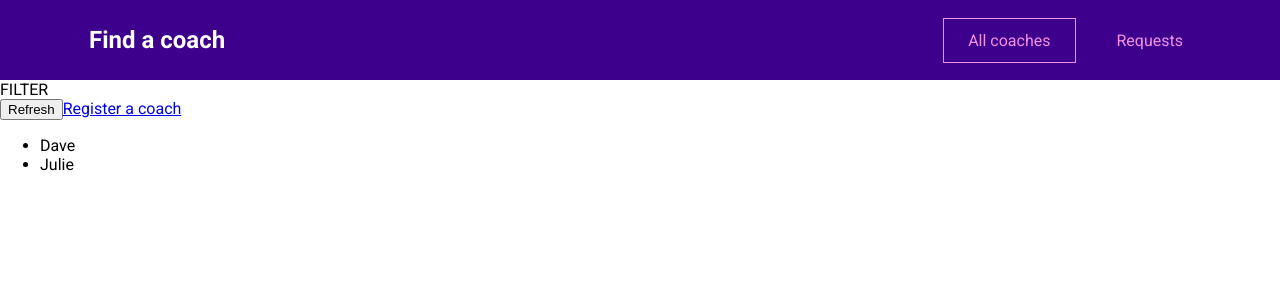
Repository: DaveBaulch/vue-course-find-a-coach
Page: /
An editor plug-in stored every save of this project. The page is shown before and after a run of saves, followed by the edit.
The browser window is 1280 px wide. The pictures show the whole page.
The project was rebuilt for these pictures with package versions that can differ from the ones it lists, and the page was loaded fresh each time. Also part of the build but not shown: src/pages/coaches/CoachDetail.vue, src/pages/coaches/CoachRegistration.vue, src/pages/requests/ContactCoach.vue, src/pages/requests/RequestsReceived.vue. Imported but missing from the stored project, and not drawn on this page: src/pages/NotFound.vue.

Above is the page before, as saved 2021-01-23 14:38:40.

After the next 3 saves:
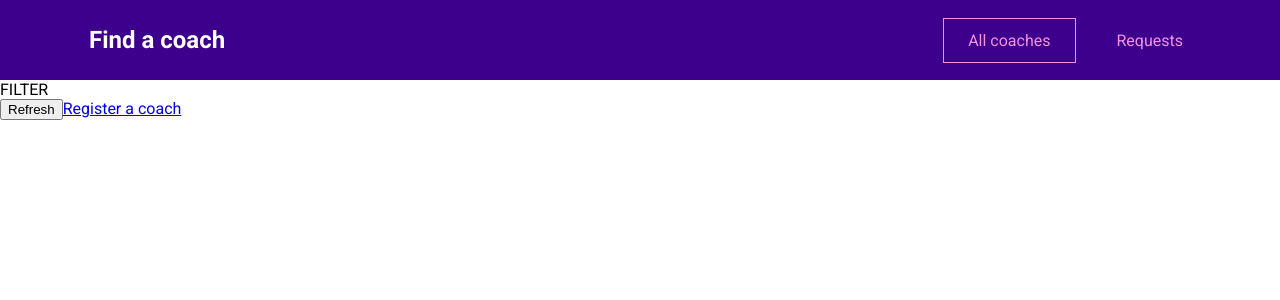
The 3 saves are shown as one change because they came seconds apart.
The last was saved 20 s later.
--- a/src/pages/coaches/CoachesList.vue
+++ b/src/pages/coaches/CoachesList.vue
@@ -9,9 +9,7 @@
       <router-link to="/register">Register a coach</router-link>
     </div>
     <ul v-if="hasCoaches">
-      <li v-for="coach in filteredCoaches" :key="coach.id">
-        {{ coach.firstName }}
-      </li>
+      <coach-item></coach-item>
     </ul>
     <h3 v-else>No coaches found</h3>
   </section>
